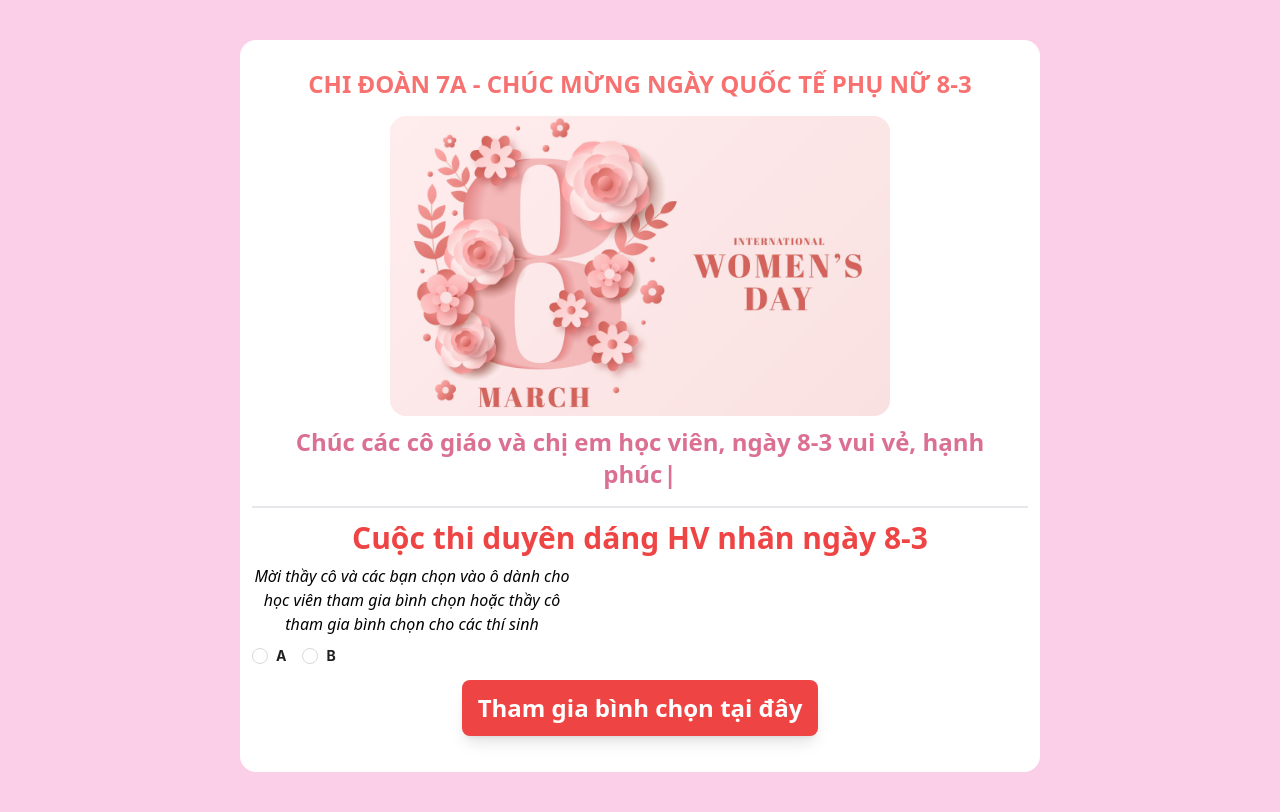
Repository: hoang0508/web-837A
Page: /
An editor plug-in stored every save of this project. The page is shown before and after the next save, followed by the edit.
The browser window is 1280 px wide. The pictures show the whole page.
Some web fonts or font styles are not loaded; a fallback is used. The project was rebuilt for these pictures with package versions that can differ from the ones it lists, and the page was loaded fresh each time. Also part of the build but not shown: vite.config.js.

Above is the page before, as saved 2025-02-28 19:42:37.

### index.html
<!DOCTYPE html>
<html lang="en">
  <head>
    <meta charset="UTF-8" />
    <link rel="icon" type="image/svg+xml" href="/vite.svg" />
    <meta name="viewport" content="width=device-width, initial-scale=1.0" />
    <link rel="preconnect" href="https://fonts.googleapis.com" />
    <link rel="preconnect" href="https://fonts.gstatic.com" crossorigin />
    <link
      href="https://fonts.googleapis.com/css2?family=Bai+Jamjuree:ital,wght@0,200;0,300;0,400;0,500;0,600;0,700;1,200;1,300;1,400;1,500;1,600;1,700&family=Montserrat:ital,wght@0,100..900;1,100..900&display=swap"
      rel="stylesheet"
    />
    <title>Vite + React</title>
  </head>
  <body>
    <div id="root"></div>
    <script type="module" src="/src/main.jsx"></script>
  </body>
</html>

### src/index.css
@import url("https://fonts.googleapis.com/css2?family=Bai+Jamjuree:ital,wght@0,200;0,300;0,400;0,500;0,600;0,700;1,200;1,300;1,400;1,500;1,600;1,700&family=Montserrat:ital,wght@0,100..900;1,100..900&display=swap");
@tailwind base;
@tailwind components;
@tailwind utilities;
*,
*:before,
*:after {
  box-sizing: border-box;
}

img,
picture,
svg,
video {
  display: block;
  max-width: 100%;
}
input,
select,
textarea {
  background-color: transparent;
  outline: none;
}
button {
  cursor: pointer;
  background-color: transparent;
  outline: none;
  border: 0;
}
body {
  min-height: 100vh;
  font-weight: 400;
  font-size: 16px;
  line-height: 1;
}

.Typewriter {
  margin: 10px;
  color: palevioletred;
  text-align: center;
  height: 70px;
}

### src/App.jsx
import { useState } from "react";
import reactLogo from "./assets/react.svg";
import anh83 from "./assets/anh832.png";
import Typewriter from "typewriter-effect";
import { Radio } from "antd";

import "./index.css";

function App() {
  const [count, setCount] = useState(0);
  console.log("🚀 ~ App ~ count:", count);

  return (
    <>
      <div className="text-2xl font-bold  bg-pink-200 min-h-screen p-10">
        <div className="bg-white shadow-3xl p-3 w-[800px]  my-0 mx-auto rounded-2xl">
          <h1 className="text-center text-red-400 p-4 uppercase">
            Chi đoàn 7A - CHÚC MỪNG NGÀY QUỐC TẾ PHỤ NỮ 8-3
          </h1>
          <div className="mx-auto w-[500px] h-[300px]">
            <img
              src={anh83}
              alt="##"
              className="w-full h-full object-cover rounded-2xl"
            />
          </div>
          <div className="border-b-2 border-gray-200">
            <Typewriter
              options={{
                strings: [
                  `${"Chúc các cô giáo và chị em học viên, ngày 8-3 vui vẻ, hạnh phúc, luôn mạnh khỏe và thành công! 🌸💐❤️❤️❤️💰"}`,
                ],
                delay: 75,
                autoStart: true,
                loop: true,
              }}
            />
          </div>
          <div className="my-3">
            <h3 className="text-center font-bold text-red-500 mb-2 text-3xl">
              Cuộc thi duyên dáng HV nhân ngày 8-3
            </h3>
            <p className="text-center italic text-base max-w-xs font-light">
              Mời thầy cô và các bạn chọn vào ô dành cho học viên tham gia bình
              chọn hoặc thầy cô tham gia bình chọn cho các thí sinh
            </p>
            <Radio.Group
              value={count}
              options={[
                { value: 1, label: "A" },
                { value: 2, label: "B" },
              ]}
            />
            <div className="py-3 flex justify-center items-center">
              <button className="flex justify-center items-center py-3 px-4 bg-red-500 rounded-lg shadow-lg text-white">
                Tham gia bình chọn tại đây
              </button>
            </div>
          </div>
        </div>
      </div>
    </>
  );
}

export default App;

### tailwind.config.js
/** @type {import('tailwindcss').Config} */
export default {
  content: ["./index.html", "./src/**/*.{js,ts,jsx,tsx}"],
  theme: {
    extend: {
      keyframes: {
        typing: {
          "0%": {
            width: "0%",
            visibility: "hidden",
          },
          "100%": {
            width: "100%",
          },
        },
        blink: {
          "50%": {
            borderColor: "transparent",
          },
          "100%": {
            borderColor: "white",
          },
        },
      },
      animation: {
        typing: "typing 5s steps(40) infinite alternate, blink .10s infinite",
      },
    },
  },
  plugins: [],
};

Loaded but not shown: src/main.jsx (common file)

After the next save:
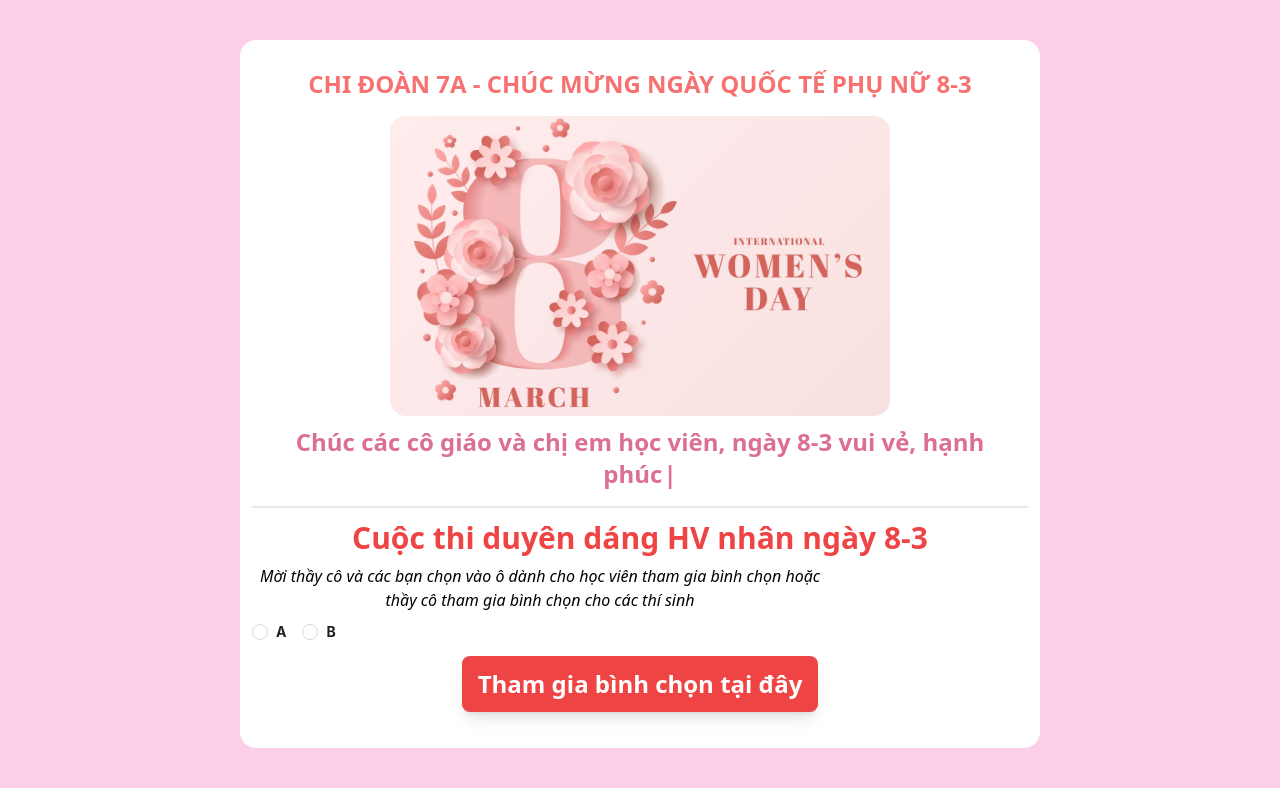
Saved 12 s later.
--- a/src/App.jsx
+++ b/src/App.jsx
@@ -40,7 +40,7 @@ function App() {
             <h3 className="text-center font-bold text-red-500 mb-2 text-3xl">
               Cuộc thi duyên dáng HV nhân ngày 8-3
             </h3>
-            <p className="text-center italic text-base max-w-xs font-light">
+            <p className="text-center italic text-base max-w-xl font-light">
               Mời thầy cô và các bạn chọn vào ô dành cho học viên tham gia bình
               chọn hoặc thầy cô tham gia bình chọn cho các thí sinh
             </p>
